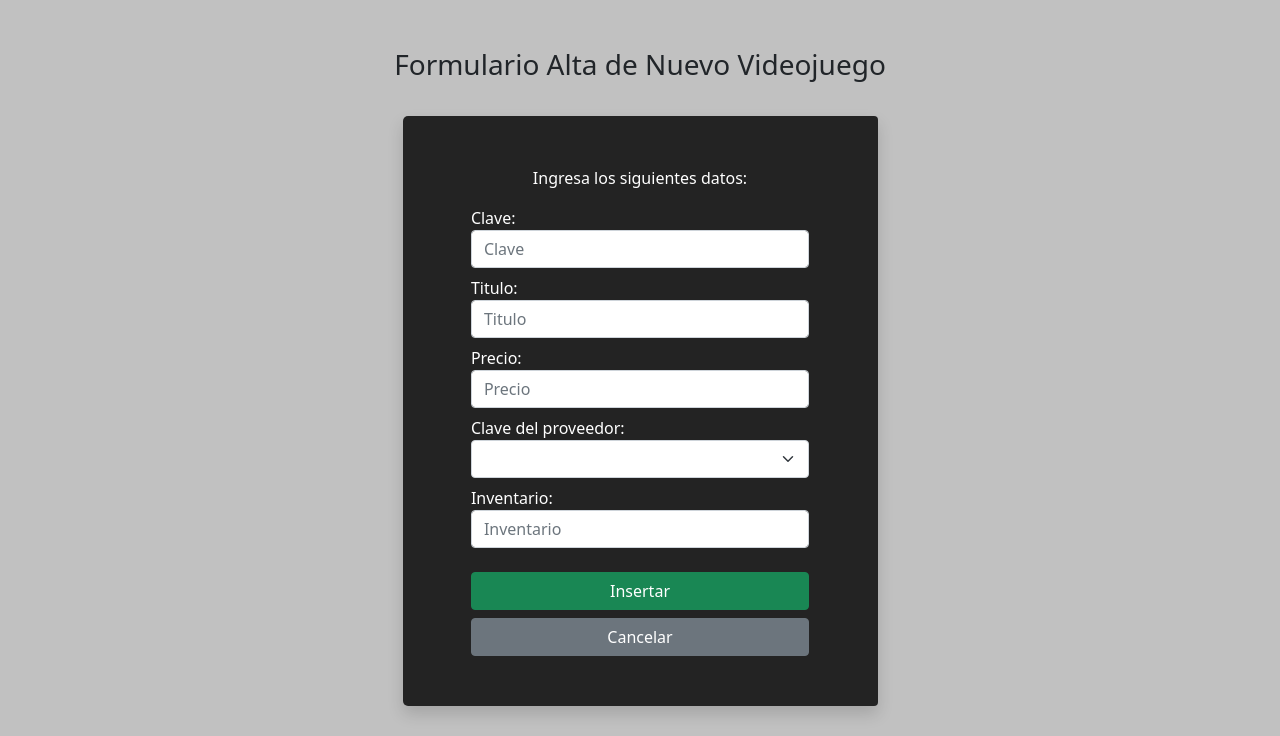
Repository: Jatziri16/JavaEE
Page: http://localhost/TiendaVideojuegos/FormularioInsertarVideojuego.jsp
The author's editor kept a copy of each file at every save. The page is drawn from the files as they stood at one save, then again after the next save.
The browser window is 1280 px wide. The pictures show the whole page.
The page is served by Tomcat 9. Queries for data that is not in the repository find no rows.

Above is the page before, as saved 2023-12-07 17:49:40.

After the next save:
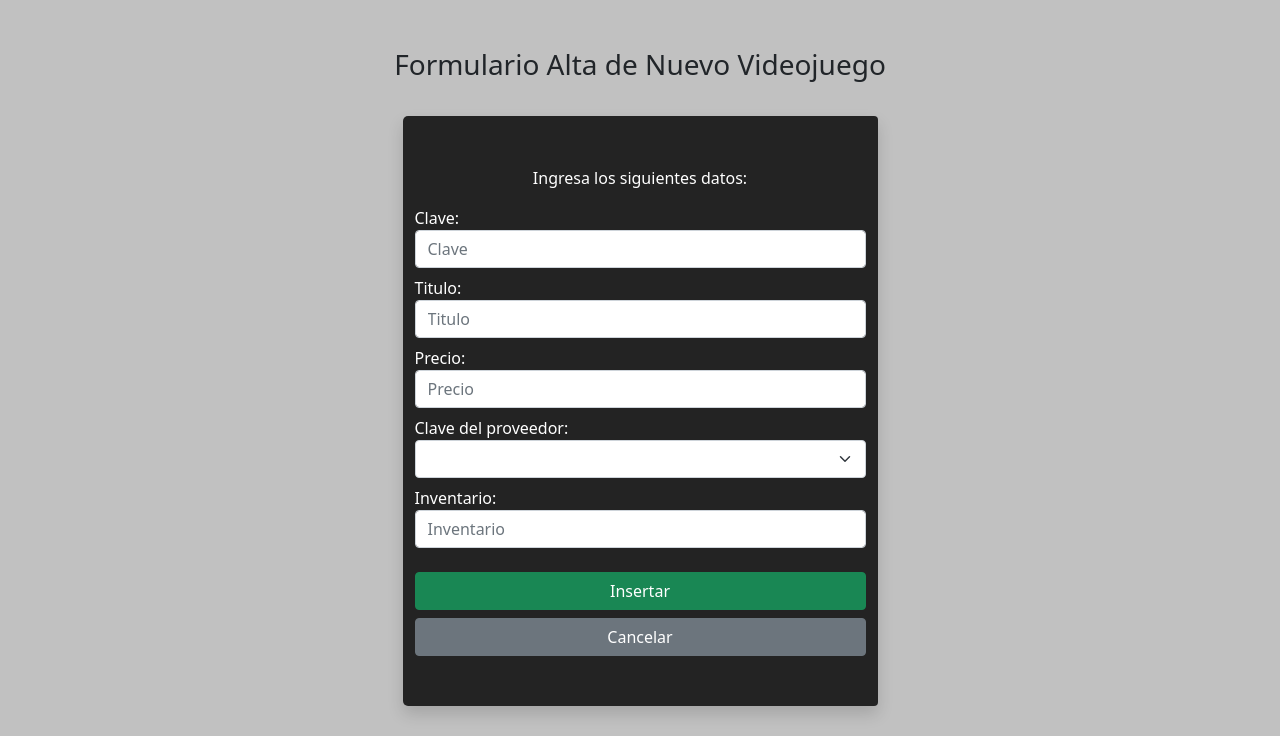
Saved 32 s later.
--- a/TiendaVideojuegos/src/main/webapp/FormularioInsertarVideojuego.jsp
+++ b/TiendaVideojuegos/src/main/webapp/FormularioInsertarVideojuego.jsp
@@ -30,7 +30,7 @@
 							if(Objects.isNull(clave))
 							{%>
 								<!-- FORM -->
-								<form class="w-75">
+								<form class="w-100">
 									<label for="clave">Clave:</label>
 									<input class="form-control mb-2" type="text" placeholder="Clave" name="cve" id="clave">
 
@@ -70,7 +70,7 @@
 								%>
 
 								<!-- FORM -->
-								<form class="w-75">
+								<form class="w-100">
 									<label for="clave">Clave:</label>
 									<input class="form-control mb-2" value="<%=v.getCve_vid()%>" type="text" placeholder="Clave" name="cve" id="clave">
 

After the 2 saves that followed:
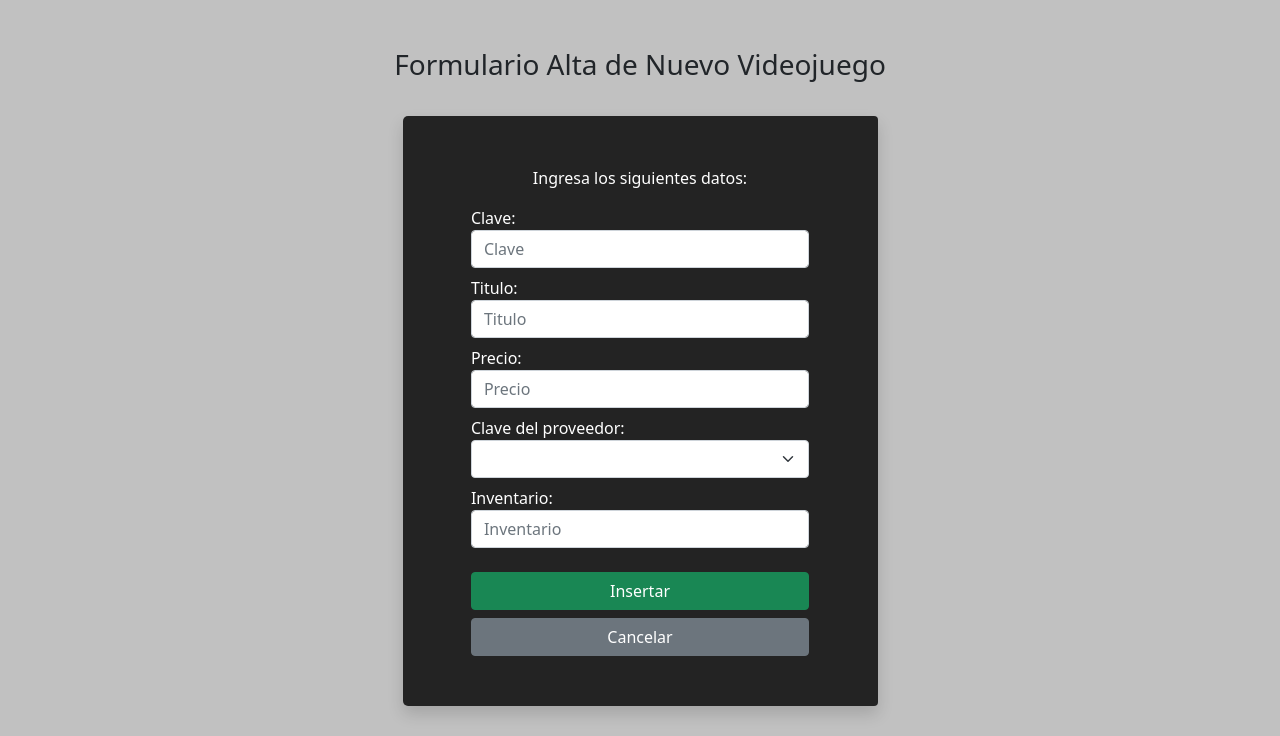
The 2 saves are shown as one change because 1 left the picture as it was.
The last was saved 41 s later.
--- a/TiendaVideojuegos/src/main/webapp/FormularioInsertarVideojuego.jsp
+++ b/TiendaVideojuegos/src/main/webapp/FormularioInsertarVideojuego.jsp
@@ -30,7 +30,7 @@
 							if(Objects.isNull(clave))
 							{%>
 								<!-- FORM -->
-								<form class="w-100">
+								<form class="w-75">
 									<label for="clave">Clave:</label>
 									<input class="form-control mb-2" type="text" placeholder="Clave" name="cve" id="clave">
 
@@ -70,7 +70,7 @@
 								%>
 
 								<!-- FORM -->
-								<form class="w-100">
+								<form class="w-75">
 									<label for="clave">Clave:</label>
 									<input class="form-control mb-2" value="<%=v.getCve_vid()%>" type="text" placeholder="Clave" name="cve" id="clave">
 
--- a/TiendaVideojuegos/src/main/webapp/css/style.css
+++ b/TiendaVideojuegos/src/main/webapp/css/style.css
@@ -30,7 +30,7 @@ display: flex;
     background-size: cover;
     background-color: rgba(20, 20, 20, 0.908);
 	border-radius: 5px;
-    padding: 50px 30px;
+    padding: 50px 50px;
     color: white;
 }
 .warning-container
